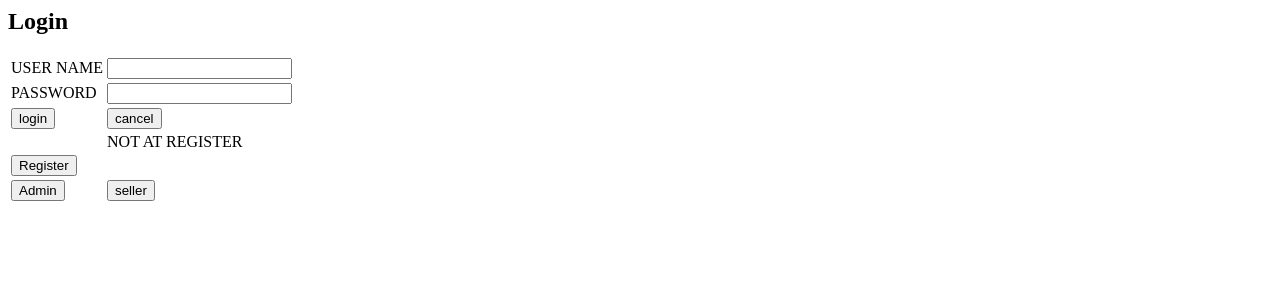
Repository: saik46573/sai
Page: http://localhost/Project/
These files come from the project's save history. The page is drawn as it stood at one moment and after the next save; the edit follows.
The browser window is 1280 px wide. The pictures show the whole page.
The page is served by Tomcat 9.

Above is the page before, as saved 2023-08-08 09:33:38.

After the next save:
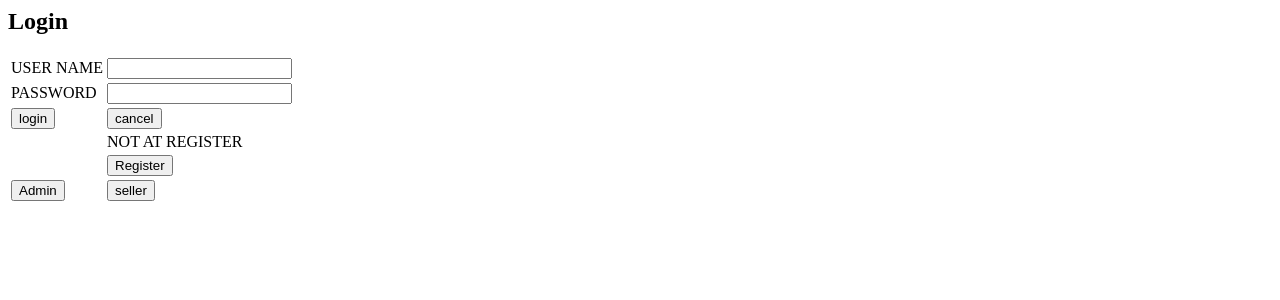
Saved 41 s later.
--- a/eclipse-workspace/Project/src/main/webapp/index.jsp
+++ b/eclipse-workspace/Project/src/main/webapp/index.jsp
@@ -20,8 +20,8 @@
 	<td>  NOT AT REGISTER  </td>
 	</tr>
 	<tr>
+	<td></td>
 	<td><input type="submit" value="Register">   </td>
-	<td></td>
 	</tr>
 	<tr>
 	<td><input type="submit" value="Admin"></td>
